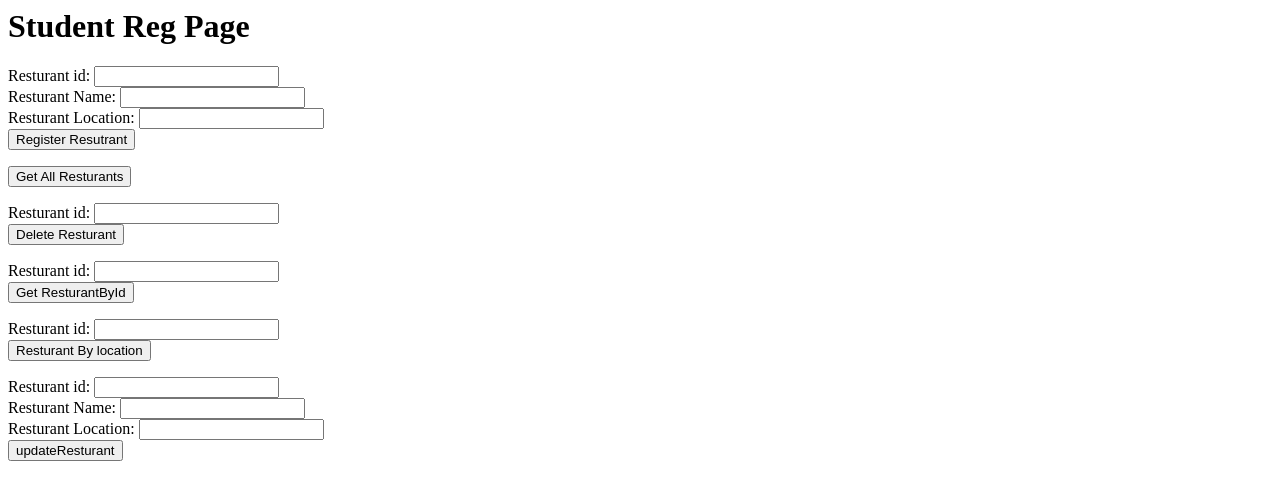
Repository: saikrishnaDsk/DelNex4D
Page: http://localhost/SprHibdelnex4d/WEB-INF/views/resturanthome.jsp
The author's editor kept a copy of each file at every save. The page is drawn from the files as they stood at one save, then again after the next save.
The browser window is 1280 px wide. The pictures show the whole page.
The page is served by Tomcat 9. Nobody is signed in. Other server files are loaded and not shown. The template is opened directly, without the code that normally fills it, so the values that code supplies are empty.

Above is the page before, as saved 2020-01-13 10:05:04.

### workspace-sts-3.9.9.RELEASE/SprHibdelnex4d/src/main/webapp/WEB-INF/views/resturanthome.jsp
<%@ taglib uri="http://java.sun.com/jsp/jstl/core" prefix="c"%>
<%@ page session="false"%>
<html>
<head>
<title>Home</title>
</head>
<body>

	<h1>Student Reg Page</h1>


	<form action="saveResturant">


		Resturant id:		<input type="text" name="rid"> <br>
		Resturant Name:		<input type="text" name="name"> <br>
		Resturant Location:	<input type="text" name="location"> <br>

						<input type="submit" value="Register Resutrant"><br>
	</form>

	<form action="getAllResturants">

						<input type="submit" value="Get All Resturants">
	</form>
	<form action="deleteResturant">
 		Resturant id:	<input type="text" name="rid"> <br>
						<input type="submit" value="Delete Resturant">
	</form>
	<form action="getResturantById">
	 	Resturant id:	<input type="text" name="rid"> <br>
						<input type="submit" value="Get ResturantById">
	</form>
	<form action="getResturantByLocation">
	 	Resturant id:	<input type="dropdown" name="location"> <br>
						<input type="submit" value="Resturant By location">
	</form>
	<form action="updateResturant">
 						Resturant id:		<input type="text" name="rid"> <br>
						Resturant Name:		<input type="text" name="name"> <br>
						Resturant Location:	<input type="text" name="location"> <br>

						<input type="submit" value="updateResturant"><br>
	</form>

</body>
</html>

After the next save:
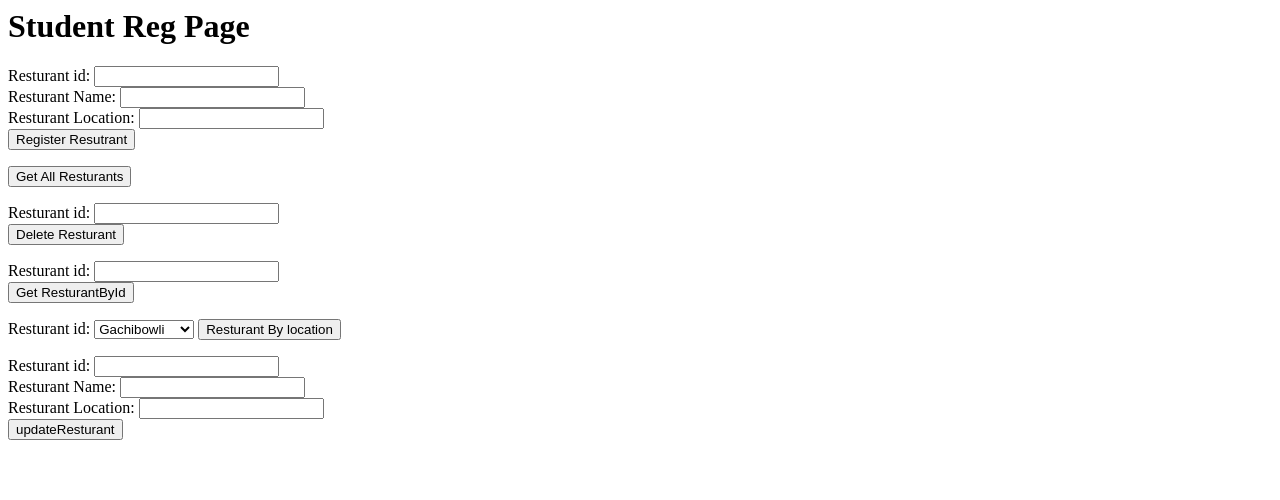
Saved 2 min 31 s later.
--- a/workspace-sts-3.9.9.RELEASE/SprHibdelnex4d/src/main/webapp/WEB-INF/views/resturanthome.jsp
+++ b/workspace-sts-3.9.9.RELEASE/SprHibdelnex4d/src/main/webapp/WEB-INF/views/resturanthome.jsp
@@ -32,7 +32,12 @@
 						<input type="submit" value="Get ResturantById">
 	</form>
 	<form action="getResturantByLocation">
-	 	Resturant id:	<input type="dropdown" name="location"> <br>
+	 	Resturant id:	<select>
+ 							 <option value="Gachibowli">Gachibowli</option>
+ 							 <option value="Towli Chowki">Towli Chowki</option>
+							 <option value="mercedes">Mercedes</option>
+							 <option value="audi">Audi</option>
+</select>
 						<input type="submit" value="Resturant By location">
 	</form>
 	<form action="updateResturant">
